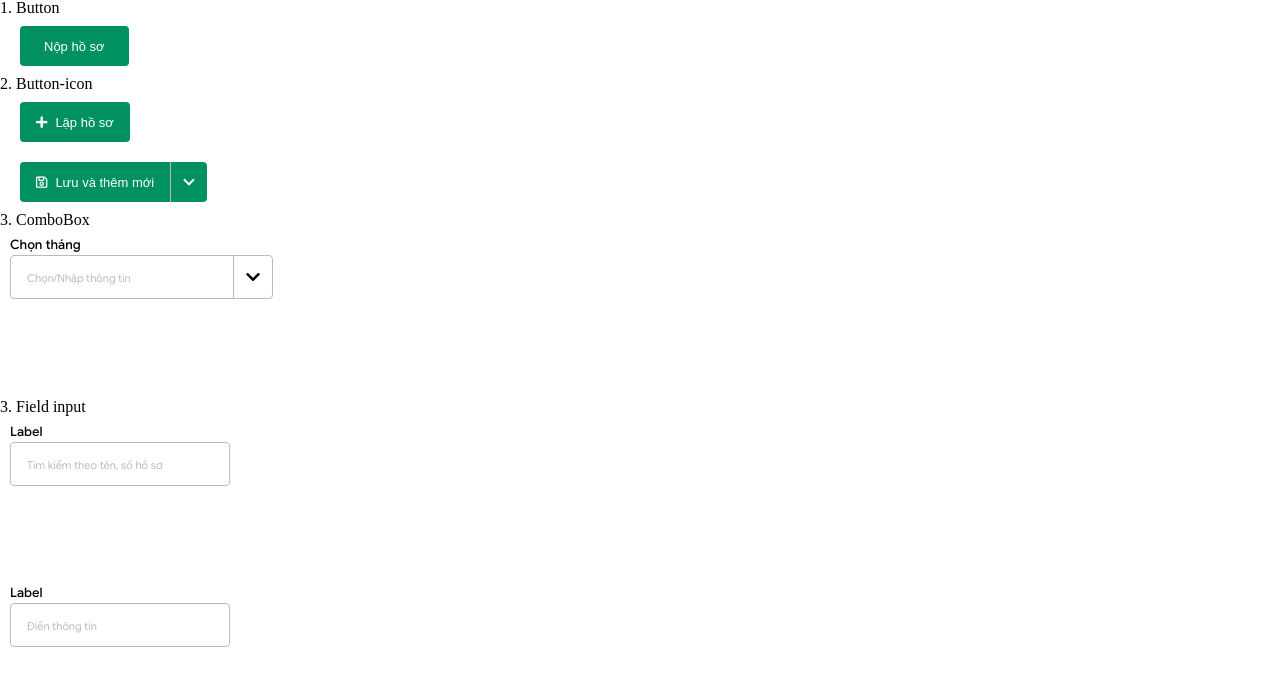
Repository: DAOVANLOI2K1/cukcuk_employeeGrid
Page: Page/index.html
An editor plug-in stored every save of this project. The page is shown before and after the next save, followed by the edit.
The browser window is 1280 px wide. The pictures show the whole page.

Above is the page before, as saved 2022-06-28 09:58:10.

After the next save:
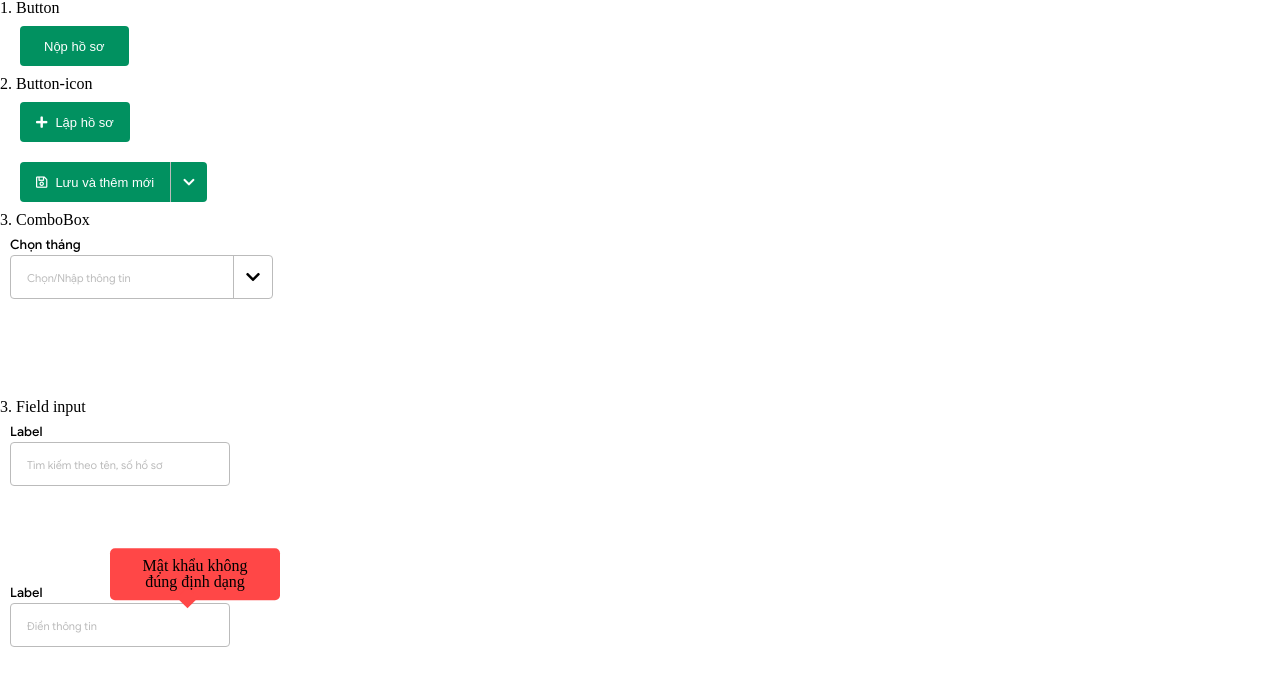
Saved 7 s later.
--- a/css/common/fieldInput.css
+++ b/css/common/fieldInput.css
@@ -5,7 +5,7 @@
     text-align: center;
     border-radius: 5px;
     position: relative;
-    transform: translate(-190%);
+    transform: translate(100px, -190%);
 }
 
 .error_box::before {
